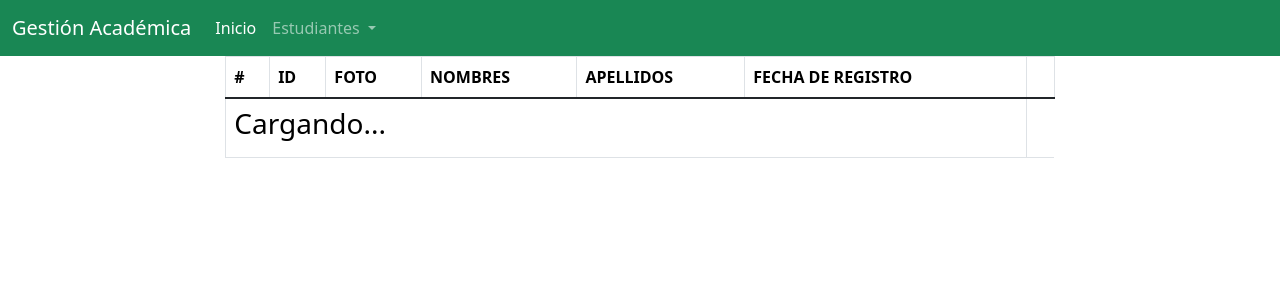
Repository: cesartomedes/frontacademico
Page: /
The author's editor kept a copy of each file at every save. The page is drawn from the files as they stood at one save, then again after the next save.
The browser window is 1280 px wide. The pictures show the whole page.
The page's requests for data from a server got no answer. The project was rebuilt for these pictures with package versions that can differ from the ones it lists, and the page was loaded fresh each time. No one was signed in, and anything a server would have sent is missing. Also part of the build but not shown: vue.config.js, src/views/EstudianteNew.vue, src/views/EstudianteEdit.vue, src/views/EstudianteView.vue.

Above is the page before, as saved 2023-10-24 16:02:21.

### src/main.js
import { createApp } from 'vue'
import App from './App.vue'
import router from './router'
import store from './store'
import '@fortawesome/fontawesome-free/css/all.min.css'
import 'bootstrap/dist/css/bootstrap.css'


createApp(App).use(store).use(router).mount('#app')

import 'bootstrap/dist/js/bootstrap'

### src/App.vue
<template>
      <nav class="navbar navbar-expand-lg navbar-dark bg-success">
        <div class="container-fluid">
          <a class="navbar-brand" href="#">Gestión Académica</a>
          <button class="navbar-toggler" type="button" data-bs-toggle="collapse" data-bs-target="#navbarSupportedContent" aria-controls="navbarSupportedContent" aria-expanded="false" aria-label="Toggle navigation">
            <span class="navbar-toggler-icon"></span>
          </button>
          <div class="collapse navbar-collapse" id="navbarSupportedContent">
            <ul class="navbar-nav me-auto mb-2 mb-lg-0">
              <li class="nav-item">
                <a class="nav-link active" aria-current="page" href="#">Inicio</a>
              </li>

              <li class="nav-item dropdown">
                <a class="nav-link dropdown-toggle" href="#" role="button" data-bs-toggle="dropdown" aria-expanded="false">
                  Estudiantes
                </a>
                <ul class="dropdown-menu">

                  <li>
                    <router-link class="dropdown-item" to="/">Listar Estudiantes</router-link>
                  </li>

                  <li>
                    <router-link class="dropdown-item" to="/createE">Registrar Nuevo</router-link>
                  </li>
                  <li><hr class="dropdown-divider"></li>
                  <li><a class="dropdown-item" href="#">Something else here</a></li>
                </ul>
              </li>
            </ul>

          </div>
        </div>
    </nav>
    <div class="container-fluid">
      <router-view/>
    </div>

</template>

### src/router/index.js
import { createRouter, createWebHashHistory } from 'vue-router'
import HomeView from '../views/HomeView.vue'
import EstudianteNew from '../views/EstudianteNew.vue'
import EstudianteEdit from '../views/EstudianteEdit.vue'
import EstudianteView from '../views/EstudianteView.vue'

const routes = [
  {
    path: '/',
    name: 'home',
    component: HomeView
  },

  {
    path: '/createE',
    name: 'createE',
    component: EstudianteNew
  },

  {
    path: '/editE/:id',
    name: 'editE',
    component: EstudianteEdit
  },

  {
    path: '/viewE/:id',
    name: 'viewE',
    component: EstudianteView
  }
]

const router = createRouter({
  history: createWebHashHistory(),
  routes
})

export default router

### src/views/HomeView.vue
<template>
      <div class="row">
        <div class="col-lg-8 offset-lg-2">
          <div class="table-responsive">
            <table class="table table-bordered table-hover">
              <thead>
                <tr>
                  <th>#</th>
                  <th>ID</th>
                  <th>FOTO</th>
                  <th>NOMBRES</th>
                  <th>APELLIDOS</th>
                  <th>FECHA DE REGISTRO</th>
                  <th></th>
                </tr>
              </thead>

              <tbody class="table-group-divider" id="contenido">

                  <tr v-if="this.cargando">
                      <td colspan="6"><h3>Cargando...</h3></td>
                  </tr>

                  <tr v-else v-for="est, i in this.estudiantes" :key="est.id">
                      <td v-text="(i+1)"></td>
                      <td v-text="(est.id)"></td>
                      <!-- <td v-text="(est.foto)"></td> -->
                      <td v-text="(est.nombre)"></td>
                      <td v-text="(est.apellido)"></td>
                      <td v-text="(est.created_at)"></td>
                      <td>

                      </td>
                  </tr>

                </tbody>
            </table>
          </div>
        </div>
      </div>
</template>

<script>

  import axios from 'axios';

  export default{
      data(){
        return{
          estudiantes:null,
          cargando:false
        }
      },
      mounted(){
        this.getEstudiantes();
      },

      methods:{
        getEstudiantes(){
          this.cargando = true;
          axios.get('http://academicobackend.test/api/v1/estudiantes').then(
            res  => {
              this.estudiantes = res.data;
              this.cargando = false;
            }
          );
        }
      }
  }
</script>

Loaded but not shown: public/index.html (common file); src/store/index.js (common file)

After the next save:
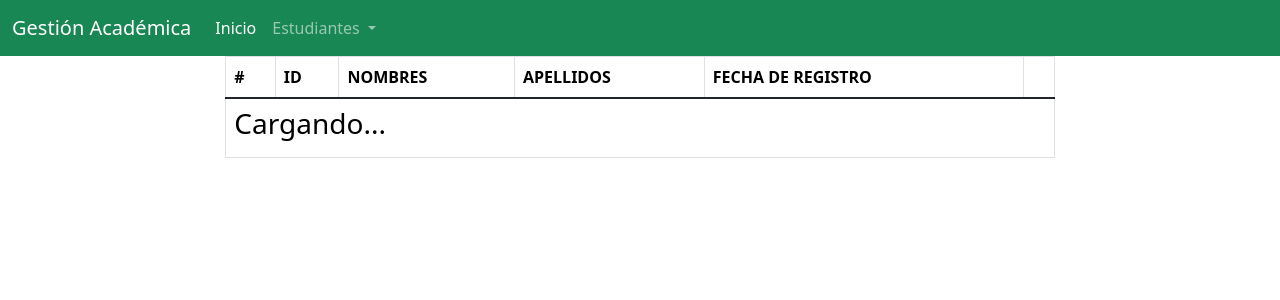
Saved 4 s later.
--- a/src/views/HomeView.vue
+++ b/src/views/HomeView.vue
@@ -7,7 +7,7 @@
                 <tr>
                   <th>#</th>
                   <th>ID</th>
-                  <th>FOTO</th>
+                  <!-- <th>FOTO</th> -->
                   <th>NOMBRES</th>
                   <th>APELLIDOS</th>
                   <th>FECHA DE REGISTRO</th>
